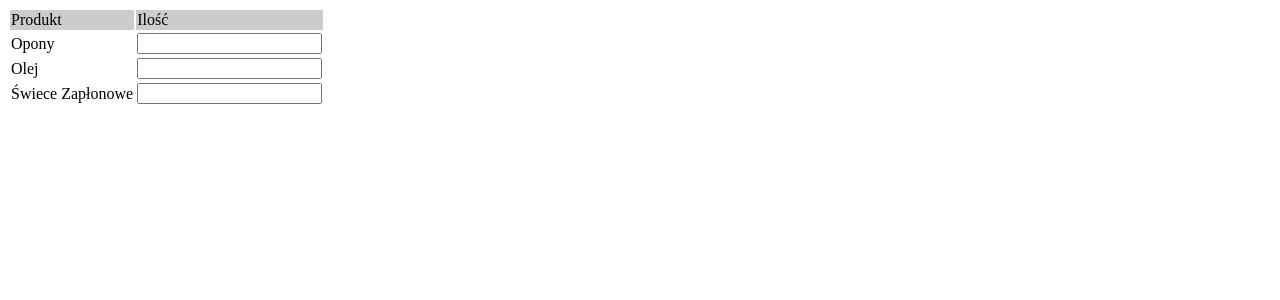
Repository: gabr/workspace
Page: php 001 - formularz/formularz.html
The author's editor kept a copy of each file at every save. The page is drawn from the files as they stood at one save, then again after the next save.
The browser window is 1280 px wide. The pictures show the whole page.

Above is the page before, as saved 2013-02-22 21:13:16.

After the next save:
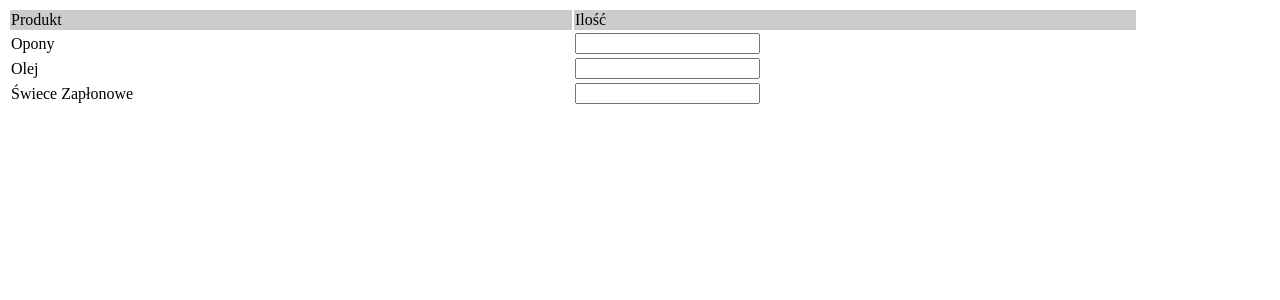
Saved 58 s later.
--- a/php 001 - formularz/style.css
+++ b/php 001 - formularz/style.css
@@ -8,6 +8,6 @@ table {
 	background-color: #cccccc;
 }
 
- {
+tr > td {
 	width: 35em;
 }
